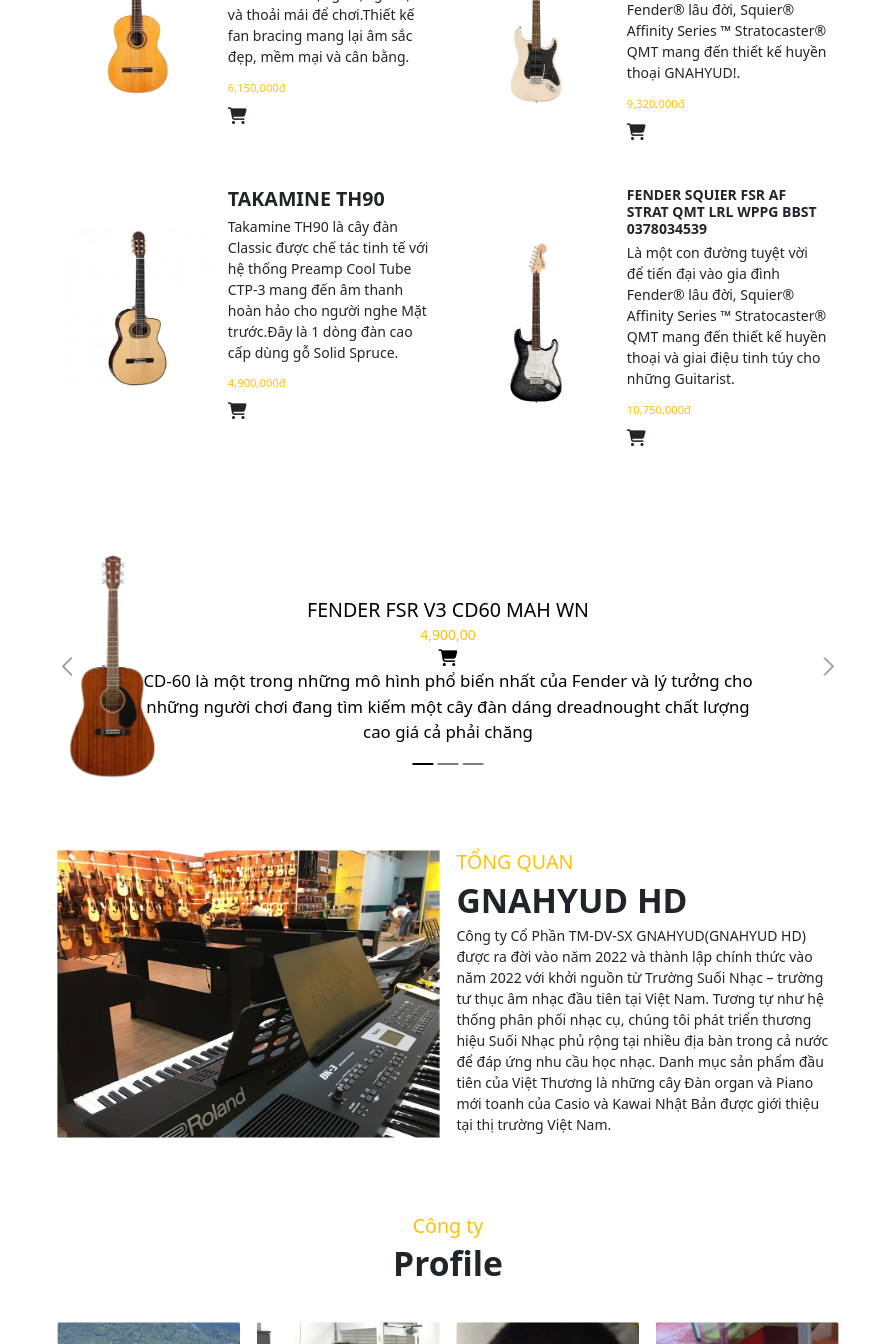
Repository: HoangDuy315/guitar
Page: index.html
These files come from the project's save history. The page is drawn as it stood at one moment and after the next save; the edit follows.
The browser window is 1280 px wide. The pictures show the part of the page from y = 1400 to 3320 px (the page is 4869 px tall), at 70% of full size.
Some web libraries are served in a nearby version.

Above is the page before, as saved 2022-09-16 15:41:13.

After the next save:
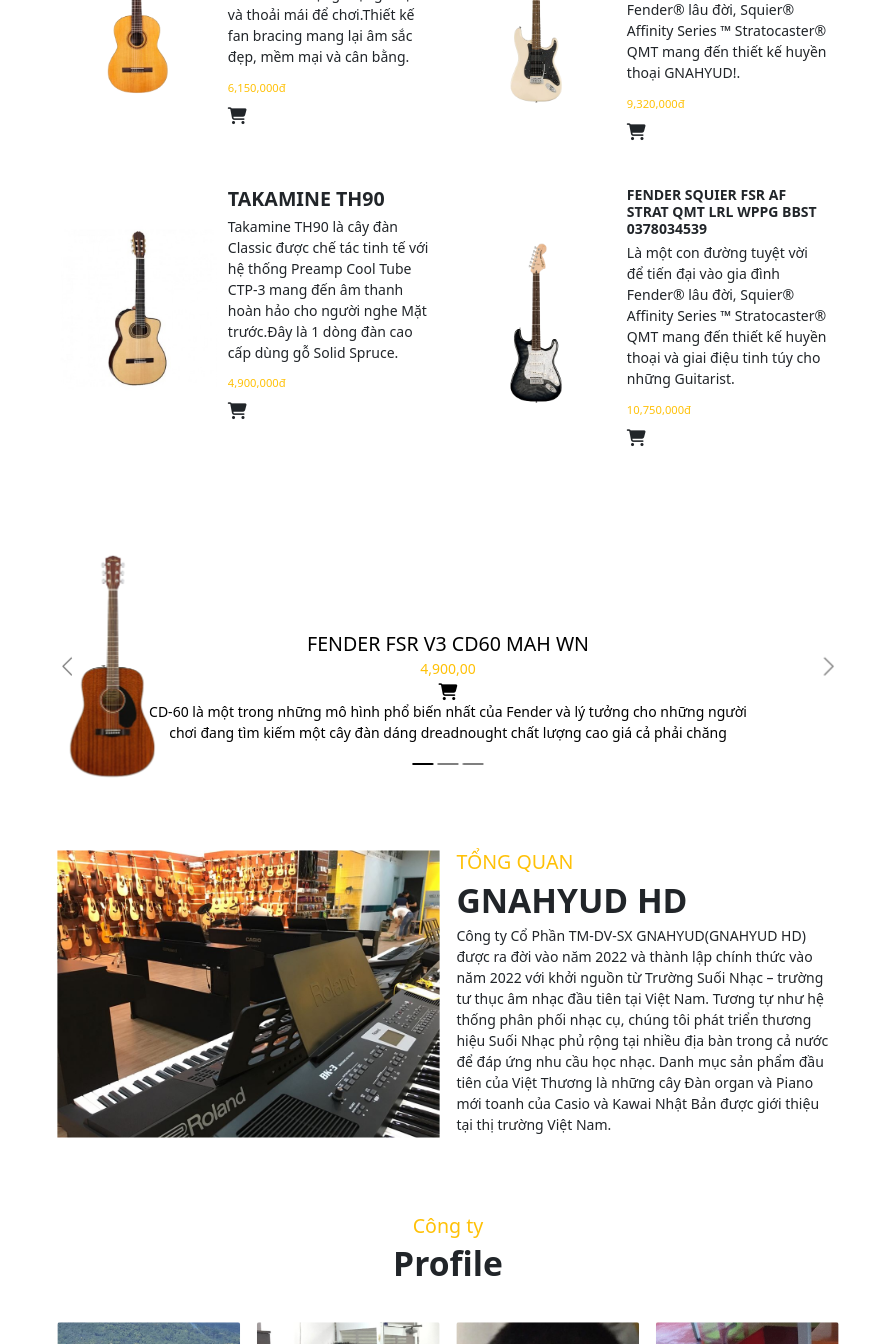
Saved 8 s later.
--- a/index.html
+++ b/index.html
@@ -210,7 +210,7 @@
             <h3>FENDER FSR V3 CD60 MAH WN</h3>
             <h5 class="text-warning">4,900,00</h5>
             <i class="fa-solid fa-cart-shopping fs-4"></i>
-            <p class="fs-4">CD-60 là một trong những mô hình phổ biến nhất của Fender và lý tưởng cho những người chơi đang tìm kiếm một cây đàn dáng dreadnought chất lượng cao giá cả phải chăng</p>
+            <p class="fs-5">CD-60 là một trong những mô hình phổ biến nhất của Fender và lý tưởng cho những người chơi đang tìm kiếm một cây đàn dáng dreadnought chất lượng cao giá cả phải chăng</p>
           </div>
         </div>
         <div class="carousel-item" data-bs-interval="2000">
